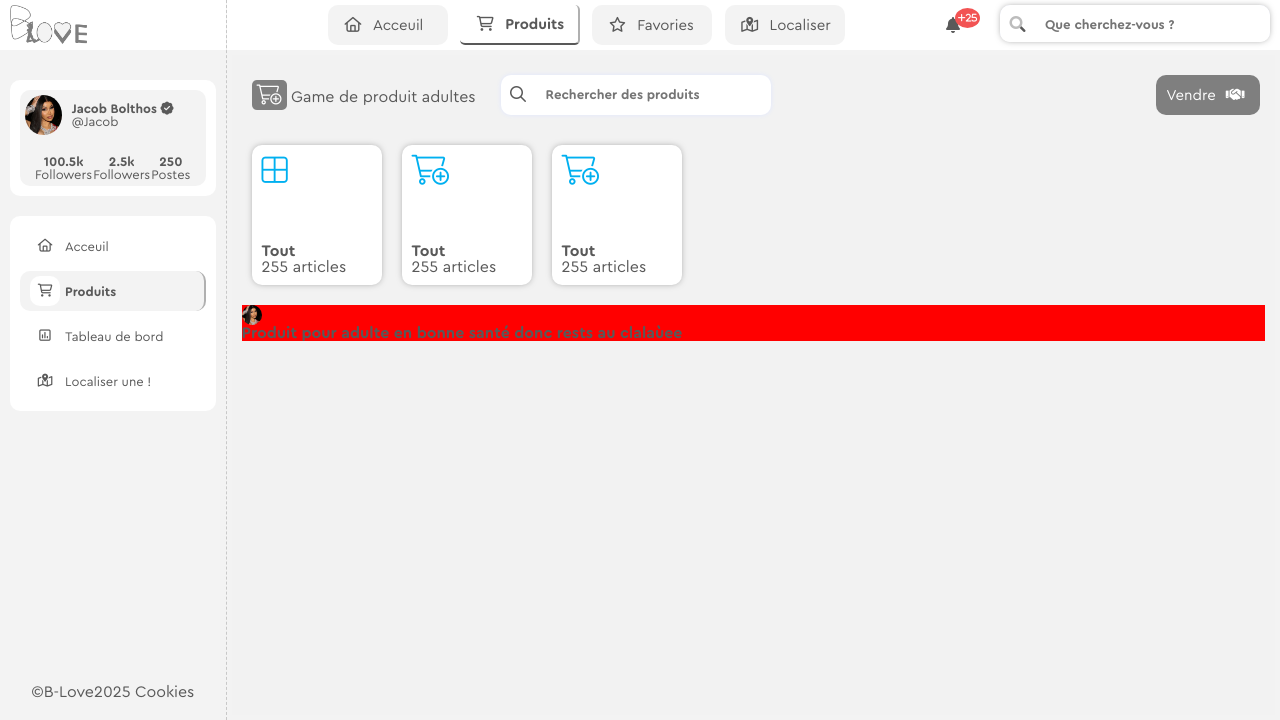
Repository: moomoony-log/b-love
Page: /home/product
These files come from the project's save history. The page is drawn as it stood at one moment and after the next save; the edit follows.
The browser window is 1280 px wide. The pictures show the whole page.
The project was rebuilt for these pictures with package versions that can differ from the ones it lists, and the page was loaded fresh each time. Also part of the build but not shown: vite.config.ts, src/rules/legacy.tsx, src/rules/privacy.tsx, src/view/auth.tsx, src/view/main/acceuil.tsx, src/view/main/dashbord.tsx, src/view/main/info-account.tsx, src/view/main/account.tsx and 1 more.

Above is the page before, as saved 2025-10-02 16:20:34.

After the next save:
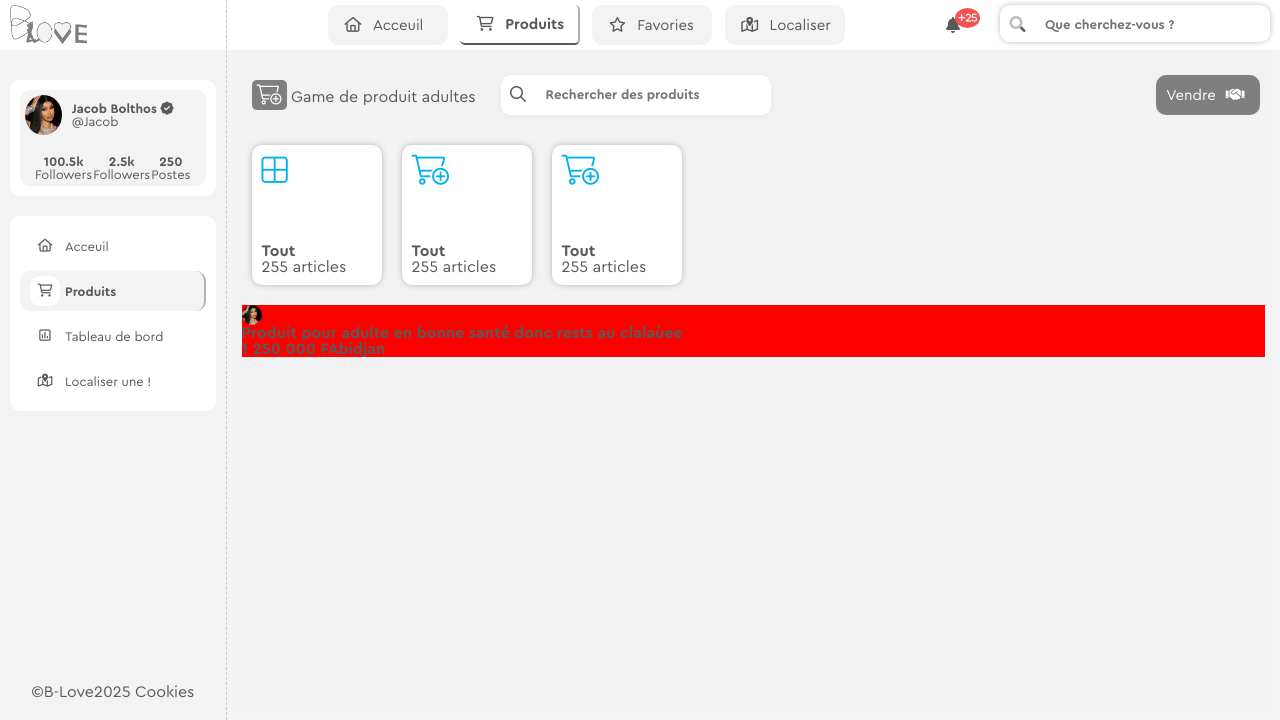
Saved 3 min 31 s later.
--- a/src/view/main/product.tsx
+++ b/src/view/main/product.tsx
@@ -47,8 +47,10 @@ const Product = () => {
             <div className="product-item">
                 <div className="cont-account-img" data-name="like"><img src="../img/cardi_b.webp" alt="account-image"/></div>
                 <span className="descrip">Produit pour adulte en bonne santé donc rests au clalaùee</span>
-
-
+                <div className="detail">
+                    <span>1 250 000 F</span>
+                    <span>Abidjan</span>
+                </div>
             </div>
         </div>
 
